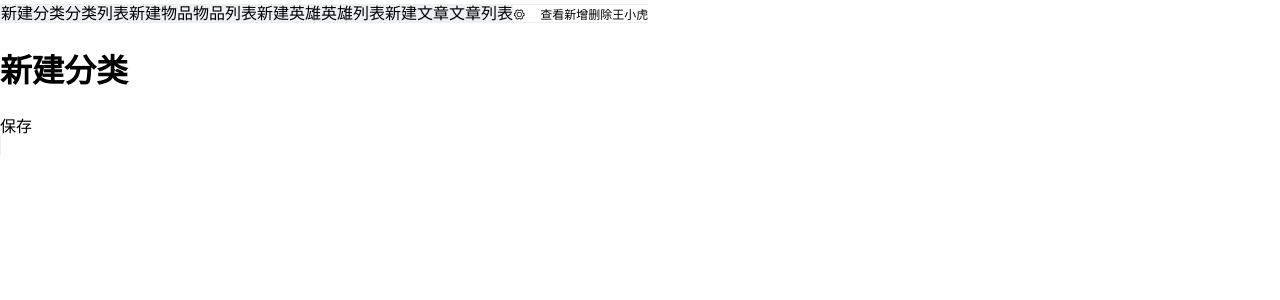
Repository: zqw980624/aaa
Page: /article/create (app in admin/)
An editor plug-in stored every save of this project. The page is shown before and after the next save, followed by the edit.
The browser window is 1280 px wide. The pictures show the whole page.
The page's requests for data from a server got no answer. The project was rebuilt for these pictures with package versions that can differ from the ones it lists, and the page was loaded fresh each time. No one was signed in, and anything a server would have sent is missing. Also part of the build but not shown: admin/src/views/CategoryEditor.vue, admin/src/views/CategoryList.vue, admin/src/views/ItemEditor.vue, admin/src/views/ItemList.vue, admin/src/views/HeroEditor.vue, admin/src/views/HeroList.vue, admin/src/views/ArticleList.vue. Imported but missing from the stored project, and not drawn on this page: admin/src/plugins/element.js.

Above is the page before, as saved 2020-03-09 20:04:27.

### admin/src/main.js
import Vue from 'vue';
import App from './App.vue';
import './plugins/element.js'
import router from './router'

Vue.config.productionTip = false;

import http from "./http"
Vue.prototype.$http = http

new Vue({
  router,
  render: (h) => h(App)
}).$mount('#app');

### admin/src/App.vue
<template>
  <div id="app">
   <router-view></router-view>
  </div>
</template>

<style>
  html,body{
    margin: 0;
    padding: 0;
  }
</style>

### admin/src/router/index.js
import Vue from 'vue'
import VueRouter from 'vue-router'
import Main from '../views/Main.vue'
import CategoryEditor from '../views/CategoryEditor.vue'
import CategoryList from '../views/CategoryList.vue'

import ItemEditor from '../views/ItemEditor.vue'
import ItemList from '../views/ItemList.vue'

import HeroEditor from '../views/HeroEditor.vue'
import HeroList from '../views/HeroList.vue'

import ArticleEditor from '../views/ArticleEditor.vue'
import ArticleList from '../views/ArticleList.vue'
Vue.use(VueRouter)

const routes = [
  {
    path: '/',
    name: 'Main',
    component: Main,
    children:[
      {path:"category/create",component:CategoryEditor},
      {path:"category/editor/:id",component:CategoryEditor,props:true},
      {path:"category/list",component:CategoryList},

      {path:"item/create",component:ItemEditor},
      {path:"item/editor/:id",component:ItemEditor,props:true},
      {path:"item/list",component:ItemList},

      {path:"hero/create",component:HeroEditor},
      {path:"hero/editor/:id",component:HeroEditor,props:true},
      {path:"hero/list",component:HeroList},

      {path:"article/create",component:ArticleEditor},
      {path:"article/editor/:id",component:ArticleEditor,props:true},
      {path:"article/list",component:ArticleList},


    ]
  }
]

const router = new VueRouter({
  mode: 'history',
  base: process.env.BASE_URL,
  routes
})

export default router

### admin/src/http.js
import axios from "axios";

const http = axios.create({
    baseURL:"http://localhost:3000/admin/api"
})

export default http

### admin/src/views/Main.vue

<template>
  <el-container style="height: 100vh; border: 1px solid #eee">
    <el-aside width="200px" style="background-color: rgb(238, 241, 246)">
      <el-menu router :default-openeds="['1']">
        <el-submenu index="1">
          <template slot="title">
            <i class="el-icon-message"></i>内容管理
          </template>
          <el-menu-item-group>
            <template slot="title">分类</template>
            <el-menu-item index="/category/create">新建分类</el-menu-item>
            <el-menu-item index="/category/list">分类列表</el-menu-item>
          </el-menu-item-group>
          <el-menu-item-group>
            <template slot="title">物品</template>
            <el-menu-item index="/item/create">新建物品</el-menu-item>
            <el-menu-item index="/item/list">物品列表</el-menu-item>
          </el-menu-item-group>

           <el-menu-item-group>
            <template slot="title">英雄</template>
            <el-menu-item index="/hero/create">新建英雄</el-menu-item>
            <el-menu-item index="/hero/list">英雄列表</el-menu-item>
          </el-menu-item-group>

           <el-menu-item-group>
            <template slot="title">文章</template>
            <el-menu-item index="/article/create">新建文章</el-menu-item>
            <el-menu-item index="/article/list">文章列表</el-menu-item>
          </el-menu-item-group>

        </el-submenu>

      </el-menu>
    </el-aside>

    <el-container>
      <el-header style="text-align: right; font-size: 12px">
        <el-dropdown>
          <i class="el-icon-setting" style="margin-right: 15px"></i>
          <el-dropdown-menu slot="dropdown">
            <el-dropdown-item>查看</el-dropdown-item>
            <el-dropdown-item>新增</el-dropdown-item>
            <el-dropdown-item>删除</el-dropdown-item>
          </el-dropdown-menu>
        </el-dropdown>
        <span>王小虎</span>
      </el-header>

      <el-main>
       <router-view></router-view>
      </el-main>
    </el-container>
  </el-container>
</template>

<style>
.el-header {
  background-color: #b3c0d1;
  color: #333;
  line-height: 60px;
}

.el-aside {
  color: #333;
}
</style>

### admin/src/views/ArticleEditor.vue
<template>
  <div>
    <h1>{{id?'编辑':'新建'}}分类</h1>
    <el-form @submit.native.prevent="save" label-width="100px">
      <el-form-item label="上级分类">
        <el-select v-model="model.parent" placeholder="请选择">
          <el-option
            v-for="item in parents"
            :key="item._id"
            :label="item.name"
            :value="item._id"
          ></el-option>
        </el-select>
      </el-form-item>
      <el-form-item label="名称">
        <el-input v-model="model.name"></el-input>
      </el-form-item>
      <el-form-item>
        <el-button type="primary" native-type="submit">保存</el-button>
      </el-form-item>
    </el-form>
  </div>
</template>


<script>
export default {
  props: {
    id: {}
  },
  data() {
    return {
      model: {
        name: "",
        parent:""
      },
      parents:[]
    };
  },
  methods: {
    async save() {
      let res;
      if (this.id) {
        res = await this.$http({
          method: "put",
          url: `/rest/categories/${this.id}`,

          data: this.model
        });
      } else {
        res = await this.$http({
          method: "post",
          url: "/rest/categories",
          data: this.model
        });
      }

      if (res.data) {
        this.$router.push("/category/list");
        this.$message({
          type: "success",
          message: "保存成功"
        });
      }
    },
    async fetch() {
      let res = await this.$http.get(`/rest/categories/${this.id}`);

      this.model = res.data;
    },
    async fetchParents(){
        let res = await this.$http.get("/rest/categories")
        console.log(res.data)
        this.parents = res.data
    }
  },
  created() {
    this.id && this.fetch();
    this.fetchParents()
  }
};
</script>

Loaded but not shown: admin/public/index.html (common file)

After the next save:
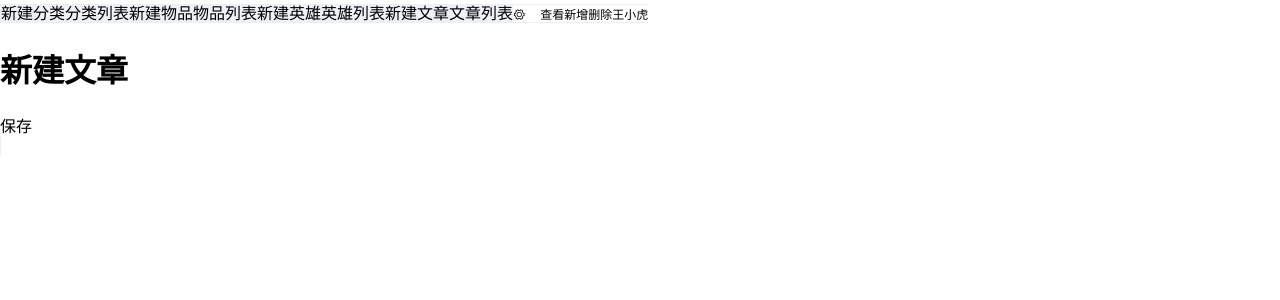
Saved 65 s later.
--- a/admin/src/views/ArticleEditor.vue
+++ b/admin/src/views/ArticleEditor.vue
@@ -1,19 +1,10 @@
 <template>
   <div>
-    <h1>{{id?'编辑':'新建'}}分类</h1>
+    <h1>{{id?'编辑':'新建'}}文章</h1>
     <el-form @submit.native.prevent="save" label-width="100px">
-      <el-form-item label="上级分类">
-        <el-select v-model="model.parent" placeholder="请选择">
-          <el-option
-            v-for="item in parents"
-            :key="item._id"
-            :label="item.name"
-            :value="item._id"
-          ></el-option>
-        </el-select>
-      </el-form-item>
-      <el-form-item label="名称">
-        <el-input v-model="model.name"></el-input>
+
+      <el-form-item label="标题">
+        <el-input v-model="model.title"></el-input>
       </el-form-item>
       <el-form-item>
         <el-button type="primary" native-type="submit">保存</el-button>
@@ -31,10 +22,9 @@ export default {
   data() {
     return {
       model: {
-        name: "",
-        parent:""
-      },
-      parents:[]
+        title: ""
+
+      }
     };
   },
   methods: {
@@ -76,7 +66,7 @@ export default {
   },
   created() {
     this.id && this.fetch();
-    this.fetchParents()
+
   }
 };
 </script>
